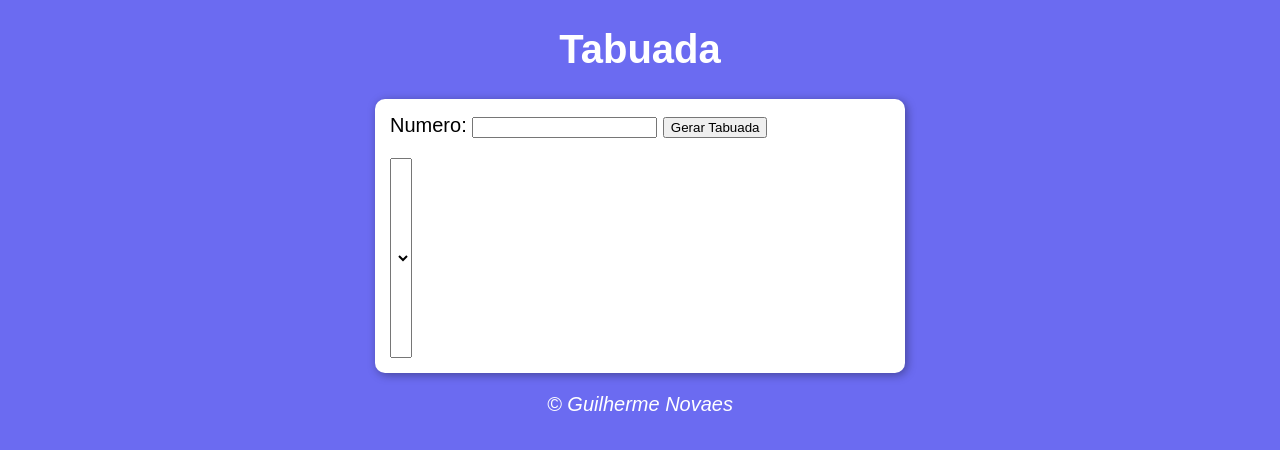
Repository: Guilherme-RNovaes/JavaScript-Curso
Page: Aula 14ex/ex017/index.html
The author's editor kept a copy of each file at every save. The page is drawn from the files as they stood at one save, then again after the next save.
The browser window is 1280 px wide. The pictures show the whole page.

Above is the page before, as saved 2022-09-10 09:12:56.

After the next save:
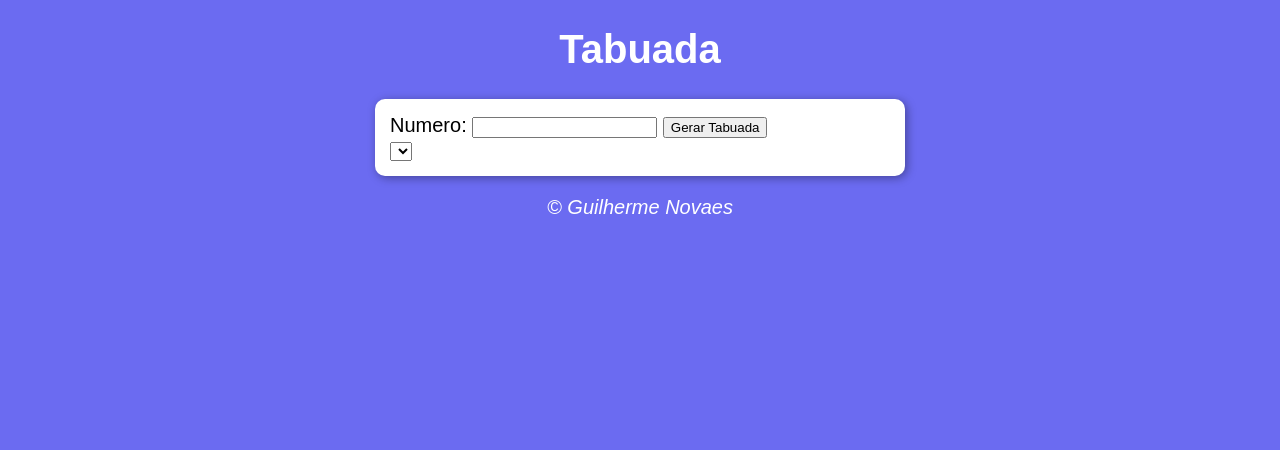
Saved 12 s later.
--- a/Aula 14ex/ex017/src/Style/style.css
+++ b/Aula 14ex/ex017/src/Style/style.css
@@ -27,8 +27,3 @@ div img{
     height: 250px;
     border-radius: 100%;
 }
-
-#tabres{
-    margin-top: 20px;
-    height: 200px;
-}
